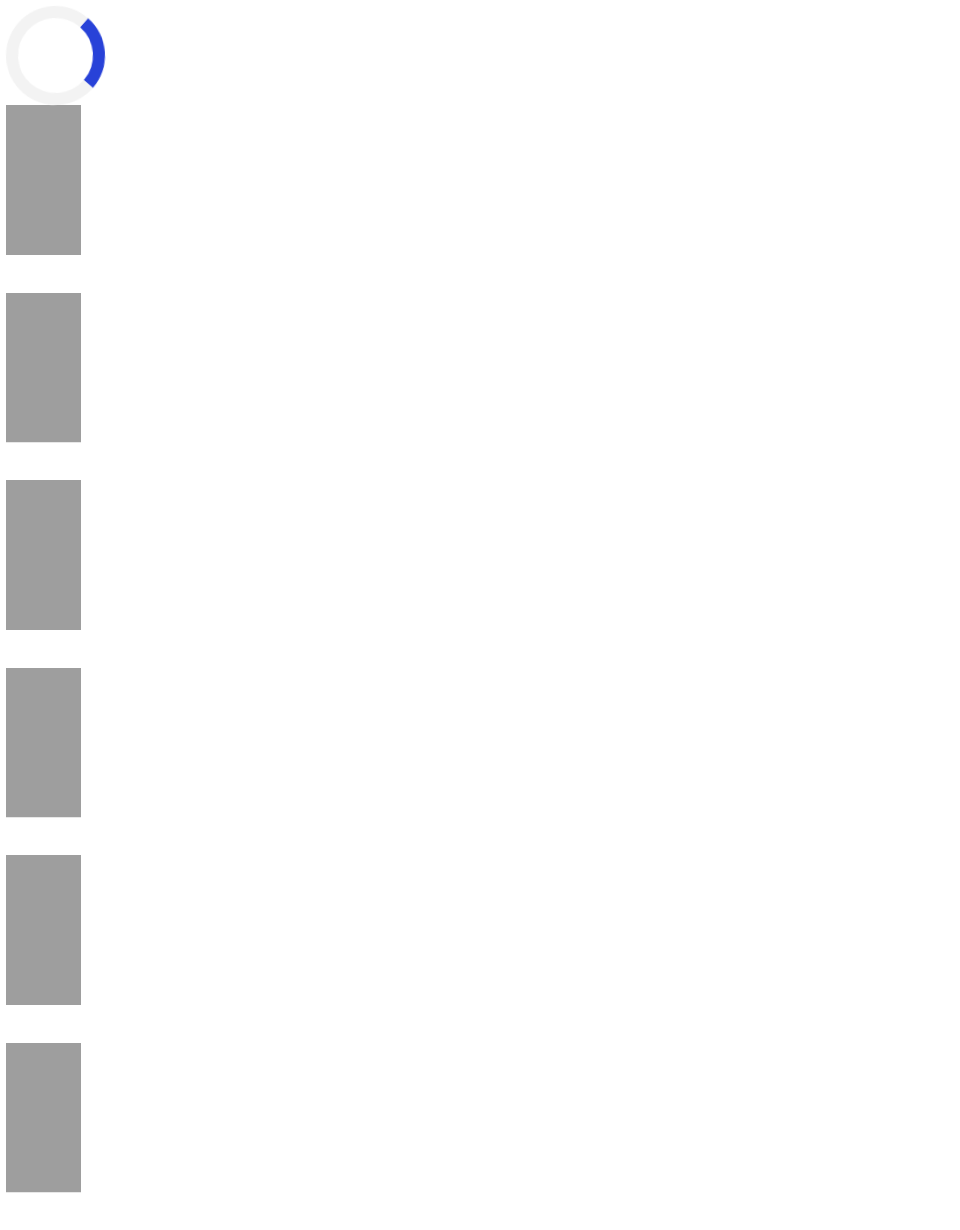
Repository: 1166544/c-toural
Page: packages/test.html
An editor plug-in stored every save of this project. The page is shown before and after the next save, followed by the edit.
The browser window is 1280 px wide. The pictures show the whole page, at 75% of full size.
Pictures or frames that could not be fetched are drawn as grey boxes.

Above is the page before, as saved 2021-01-04 11:23:54.

After the next save:
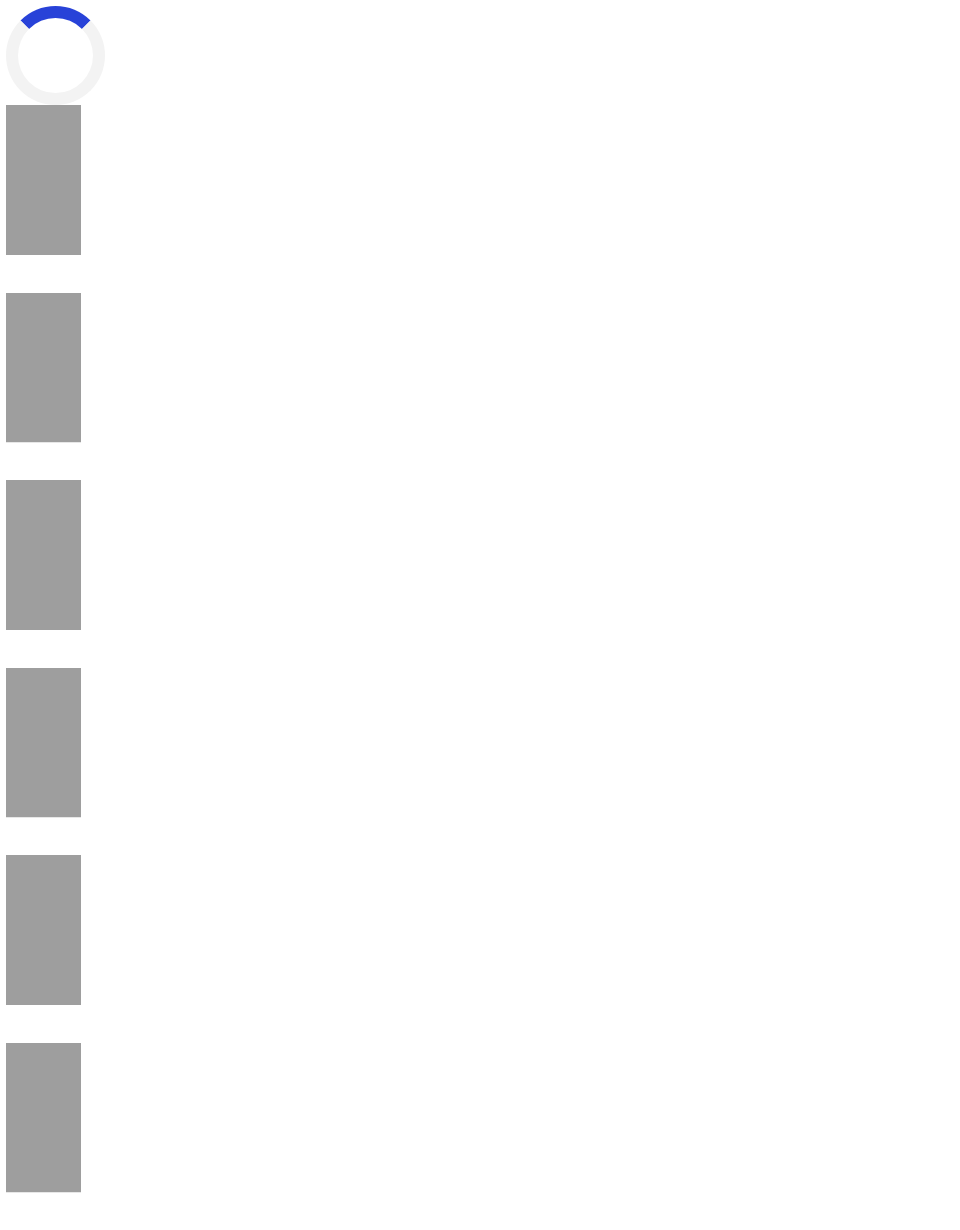
Saved 27 s later.
--- a/packages/test.html
+++ b/packages/test.html
@@ -16,7 +16,7 @@
             border-top: 16px solid #2842d8;
             width: 100px;
             height: 100px;
-            animation: rotate 2s linear infinite;
+            animation: rotate 2s linear re;
         }
         .rotate-animate .fill-color {
             margin-left: 20px;

After the 2 saves that followed:
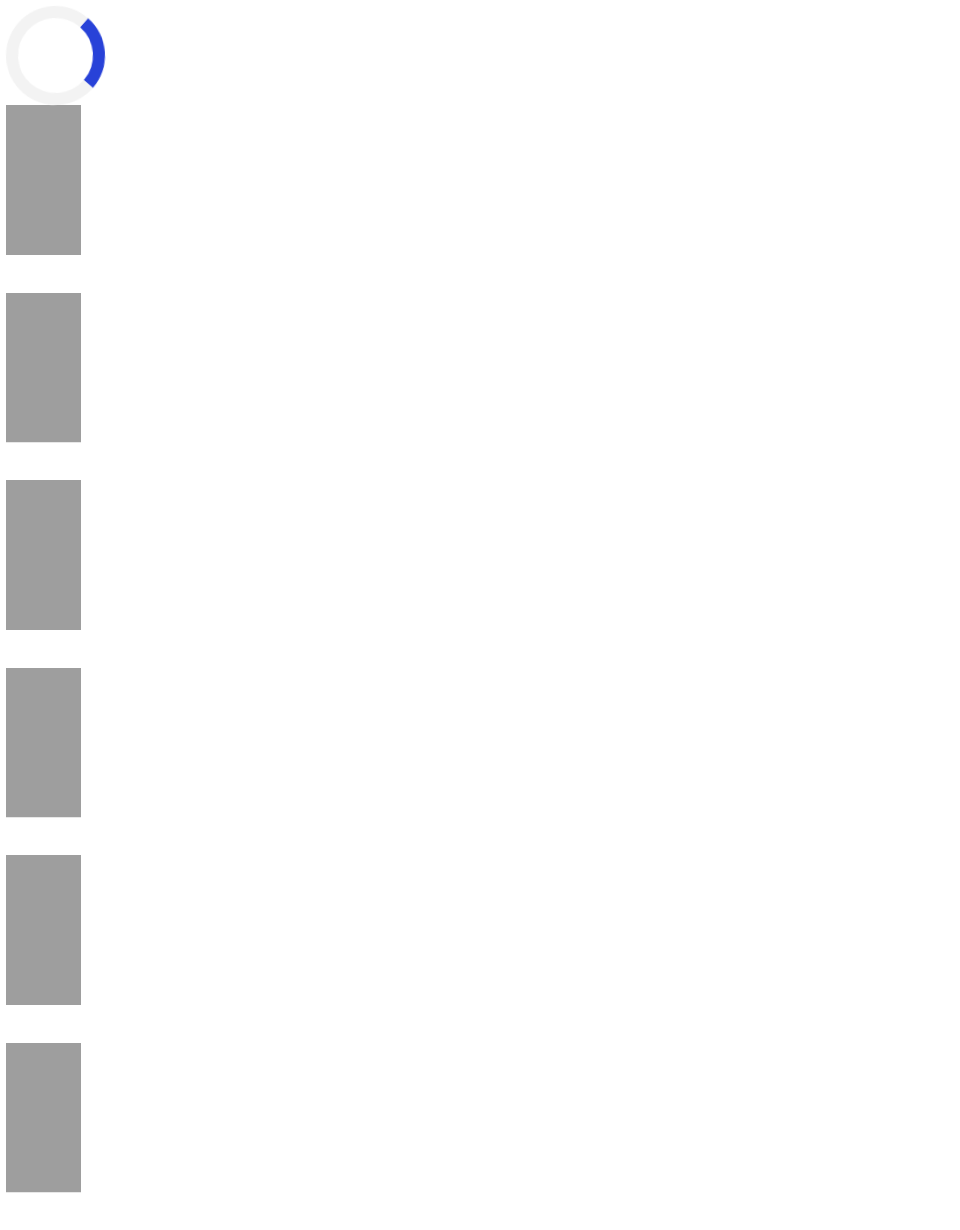
The 2 saves are shown as one change because 1 left the picture as it was.
The last was saved 10 s later.
--- a/packages/test.html
+++ b/packages/test.html
@@ -16,7 +16,7 @@
             border-top: 16px solid #2842d8;
             width: 100px;
             height: 100px;
-            animation: rotate 2s linear re;
+            animation: rotate 2s linear infinite;
         }
         .rotate-animate .fill-color {
             margin-left: 20px;
